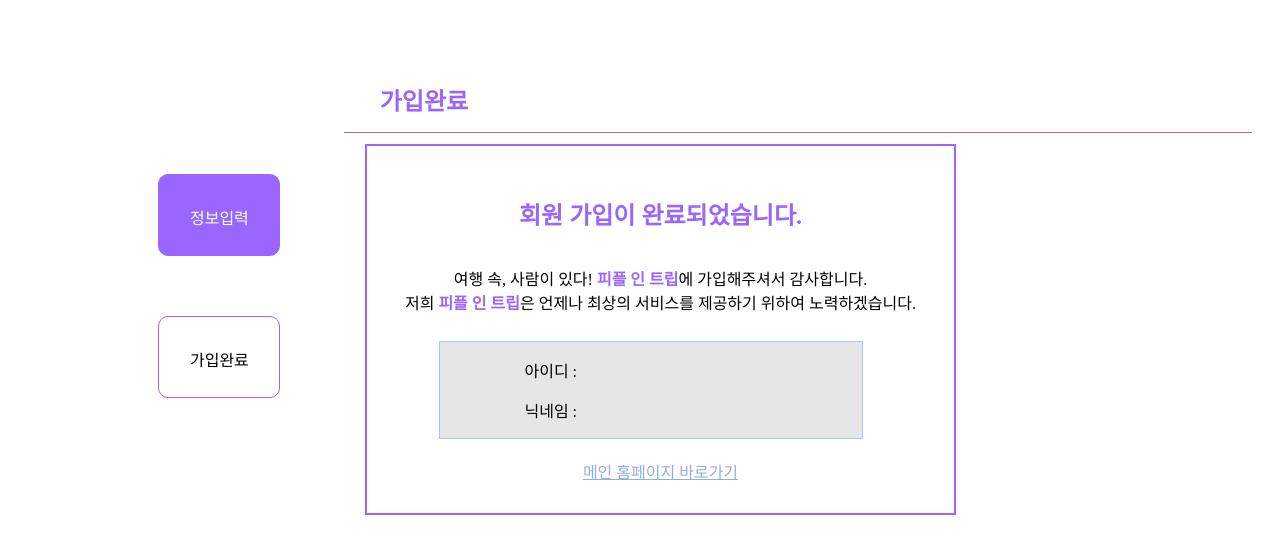
Repository: kimjinmin4535/ezen_loginteam
Page: http://localhost/Ezen_Project/signup/signupcomplete.jsp
These files come from the project's save history. The page is drawn as it stood at one moment and after the next save; the edit follows.
The browser window is 1280 px wide. The pictures show the whole page.
The page is served by Tomcat 9. Other server files are loaded and not shown.

Above is the page before, as saved 2022-07-05 16:03:36.

### Ezen_Project/src/main/webapp/signup/signupcomplete.jsp
<%@ page language="java" contentType="text/html; charset=UTF-8"
    pageEncoding="UTF-8"%>
<!DOCTYPE html>
<html>
<head>
<meta charset="UTF-8">
<title>회원가입 완료</title>
<link rel="stylesheet" href="../resources/css/signup/signup.css" />
</head>
<body>
	<div class="side_content">
		<p id="side_content1">정보입력</p>
		<p id="side_content2">가입완료</p>
	</div>
	<h3>가입완료</h3>
	<div class="signupcomplete_msg">
		<h2>회원 가입이 완료되었습니다.</h2>
		<p>여행 속, 사람이 있다! <strong>피플 인 트립</strong>에 가입해주셔서 감사합니다.<br>
		저희 <strong>피플 인 트립</strong>은 언제나 최상의 서비스를 제공하기 위하여 노력하겠습니다.</p>
		<div class="signupcomplete_information">
			<p>아이디 : </p>
			<p>닉네임 : </p>
		</div>
		<div class="main_home">
			<a href="#">메인 홈페이지 바로가기</a>
		</div>
	</div>
</body>
</html>

### Ezen_Project/src/main/webapp/resources/css/signup/signup.css
@charset "UTF-8";

body {
	display: flex;
	align-items: baseline;
	gap: 32px;
	padding: 48px 0;
}
.signupcomplete_msg {
	flex: 3.5;
	padding: 30px;
	text-align: center;
	border: 2px solid #9966ff;
	margin-right: 25%;
	margin-top: 7%;
}

.side_content {
	flex: 1;
	padding: 24px;
	margin-left: 10%;
}


@media (max-width: 40rem) {
.side_content {
    display: none;
  }
}

.signupcomplete_information {
	border: 1px solid #afc4ed;
	width:80%;
	background-color: #E6E6E6;
	margin-left: 8%;
	margin-top: 5%;
}
.signupcomplete_information > p {
	text-align: left;
	margin-left: 20%;
}

h3 {
	text-align: center;
	position: absolute;
	margin-left: 28%;
	margin-top: 2%;
	color: #9966ff;
	font-size: 24px;
}

h3:after {
  	content: "";
 	display: block;
  	width: 650%;
  	border-bottom: 1px solid #9966ff;
  	margin: 10% 0px;
  	padding: 0px 40px 0px 120px;
	margin: 15px -23px 0px -22px;
}


.signupcomplete_msg > h2 {
	color: #9966ff;
}

.signupcomplete_msg > p > strong {
	color: #9966ff;
}

.signupcomplete_msg > p {
	padding-top: 15px;
}

.main_home > a {
	color: #94aee0;
}

.main_home {
	margin-top: 20px;

}

.side_content > #side_content1 {
	border: 1px solid #9966ff;
	background-color: #9966ff;
	color: white;
	height: 50px;
	width: 120px;
	text-align: center;
	border-radius: 10px;
	padding-top: 30px;
	margin-top: 30px;
}
.side_content > #side_content2 {
	border: 1px solid #9966ff;
	color: black;
	height: 50px;
	width: 120px;
	text-align: center;
	border-radius: 10px;
	padding-top: 30px;
	margin-top: 60px;
}
/* .side_content {
	text-align: left;
	width: 100px;
	position: absolute;
	height:0px;
	padding-left: 330px;
	padding-top: 250px;
	flex: 1;
} */
/*

After the next save:
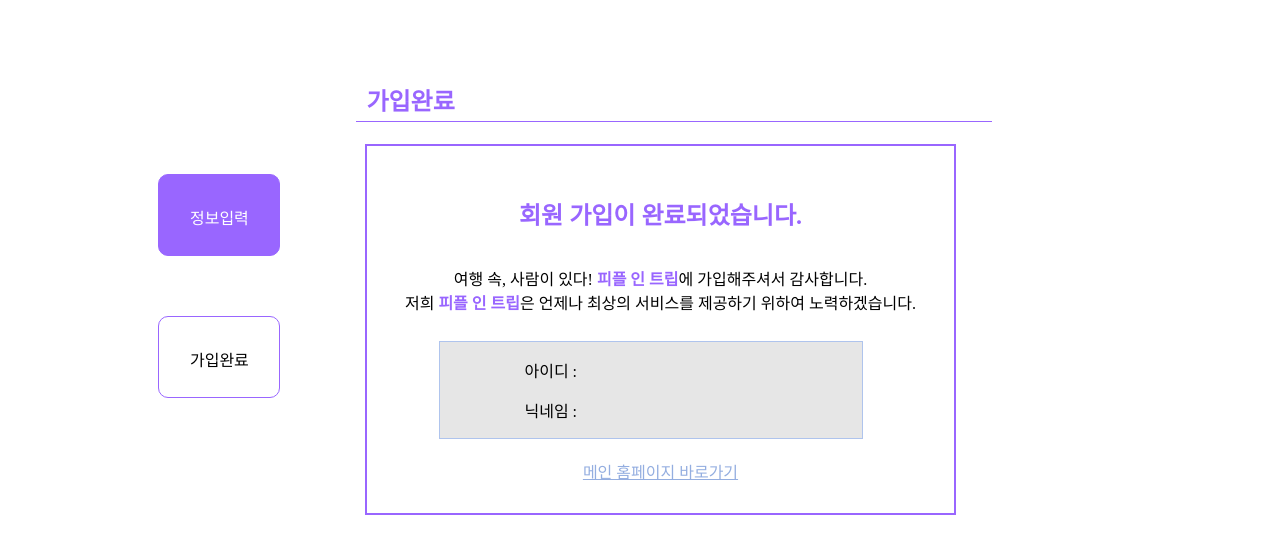
Saved 40 s later.
--- a/Ezen_Project/src/main/webapp/resources/css/signup/signup.css
+++ b/Ezen_Project/src/main/webapp/resources/css/signup/signup.css
@@ -55,8 +55,8 @@
   	width: 650%;
   	border-bottom: 1px solid #9966ff;
   	margin: 10% 0px;
-  	padding: 0px 40px 0px 120px;
-	margin: 15px -23px 0px -22px;
+  	padding: 0px 10% 0px 60%;
+	margin: 5% -10% 0px -12%;
 }
 
 
